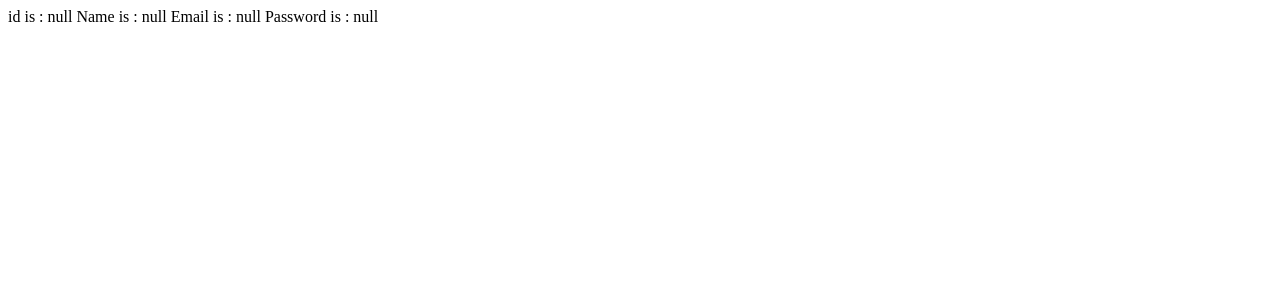
Repository: Tapaskrr/all-project
Page: http://localhost/employeemanagesystem/WEB-INF/views/myalldetails.jsp
These files come from the project's save history. The page is drawn as it stood at one moment and after the next save; the edit follows.
The browser window is 1280 px wide. The pictures show the whole page.
The page is served by Tomcat 9. Nobody is signed in. The template is opened directly, without the code that normally fills it, so the values that code supplies are empty.

Above is the page before, as saved 2022-10-25 12:29:35.

After the next save:
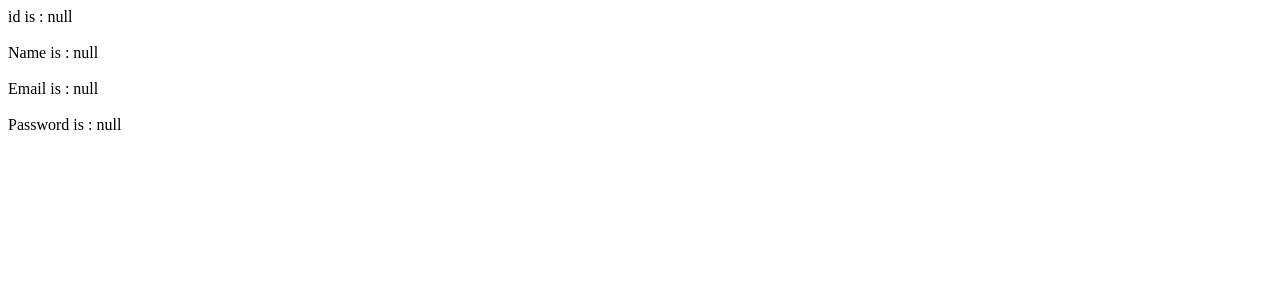
Saved 103 s later.
--- a/Spring project/employeemanagesystem/src/main/webapp/WEB-INF/views/myalldetails.jsp
+++ b/Spring project/employeemanagesystem/src/main/webapp/WEB-INF/views/myalldetails.jsp
@@ -13,8 +13,12 @@
 </head>
 <body>
 id is :   <%=empId %>
+<br> <br>
 Name is :   <%=empName %>
+<br> <br>
 Email is :   <%=empEmail %>
+<br> <br>
 Password is :   <%=empPwd %>
+<br> <br>
 </body>
 </html>
